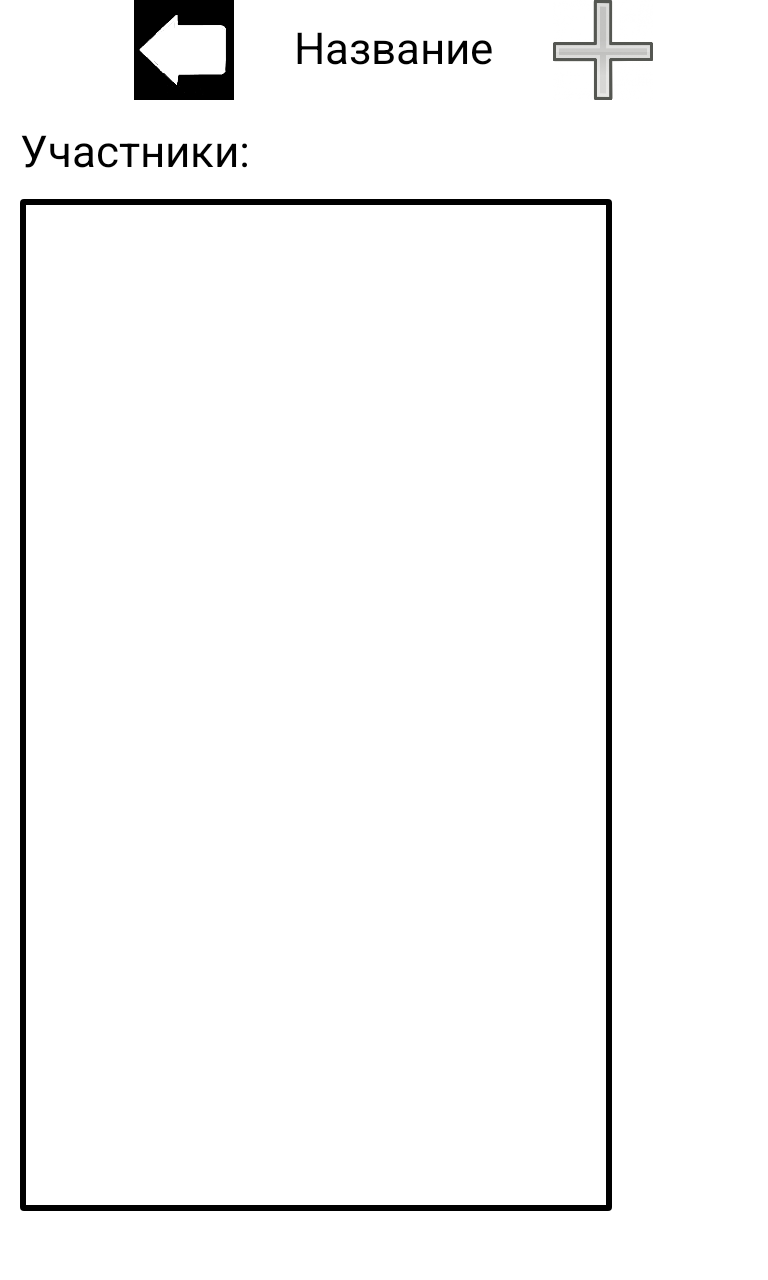
Repository: webguild/RedmineMobile
Layout: Android/RedmineAndroid/res/layout/project_settings_worker.xml
These files come from the project's save history. The layout is drawn as it stood at one moment and after the next save; the edit follows.
It is drawn on a 768 x 1280 px phone screen (xhdpi) without system bars, with theme AppTheme; the app's code is not run. Lists and similar views that code fills are empty.

Above is the layout before, as saved 2013-01-21 14:42:54.

After the next save:
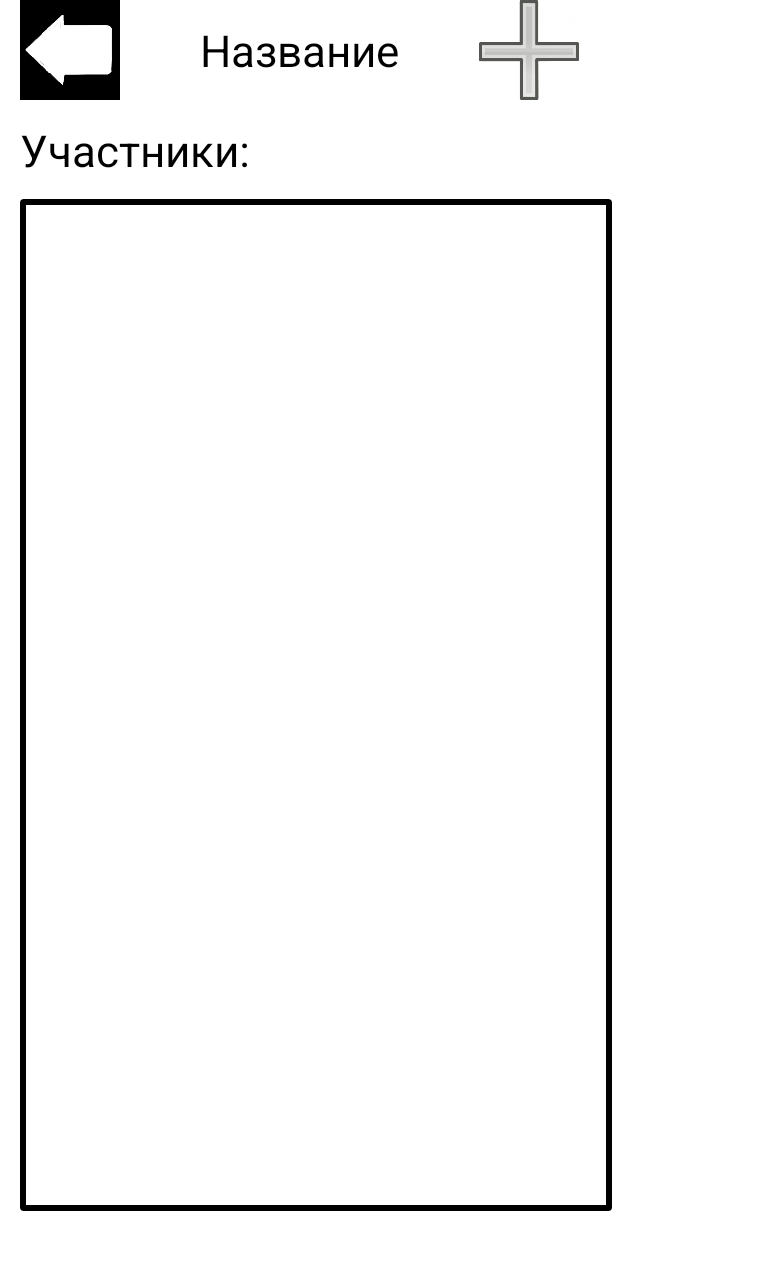
Saved 13 min 2 s later.
--- a/Android/RedmineAndroid/res/layout/project_settings_worker.xml
+++ b/Android/RedmineAndroid/res/layout/project_settings_worker.xml
@@ -8,8 +8,7 @@
 
     <LinearLayout
         android:layout_width="match_parent"
-        android:layout_height="wrap_content"
-        android:gravity="center_horizontal" >
+        android:layout_height="wrap_content" >
 
         <Button
             android:id="@+id/button1"
@@ -21,7 +20,8 @@
             android:id="@+id/textView1"
             android:layout_width="wrap_content"
             android:layout_height="wrap_content"
-            android:layout_marginLeft="30dp"
+            android:layout_gravity="center"
+            android:layout_marginLeft="40dp"
             android:text="Название"
             android:textAppearance="?android:attr/textAppearanceLarge" />
 
@@ -29,9 +29,9 @@
             android:id="@+id/button2"
             android:layout_width="50dp"
             android:layout_height="50dp"
-            android:layout_marginLeft="30dp"
+            android:layout_gravity="right"
+            android:layout_marginLeft="40dp"
             android:background="@drawable/greyplus" />
-
     </LinearLayout>
 
     <TextView
